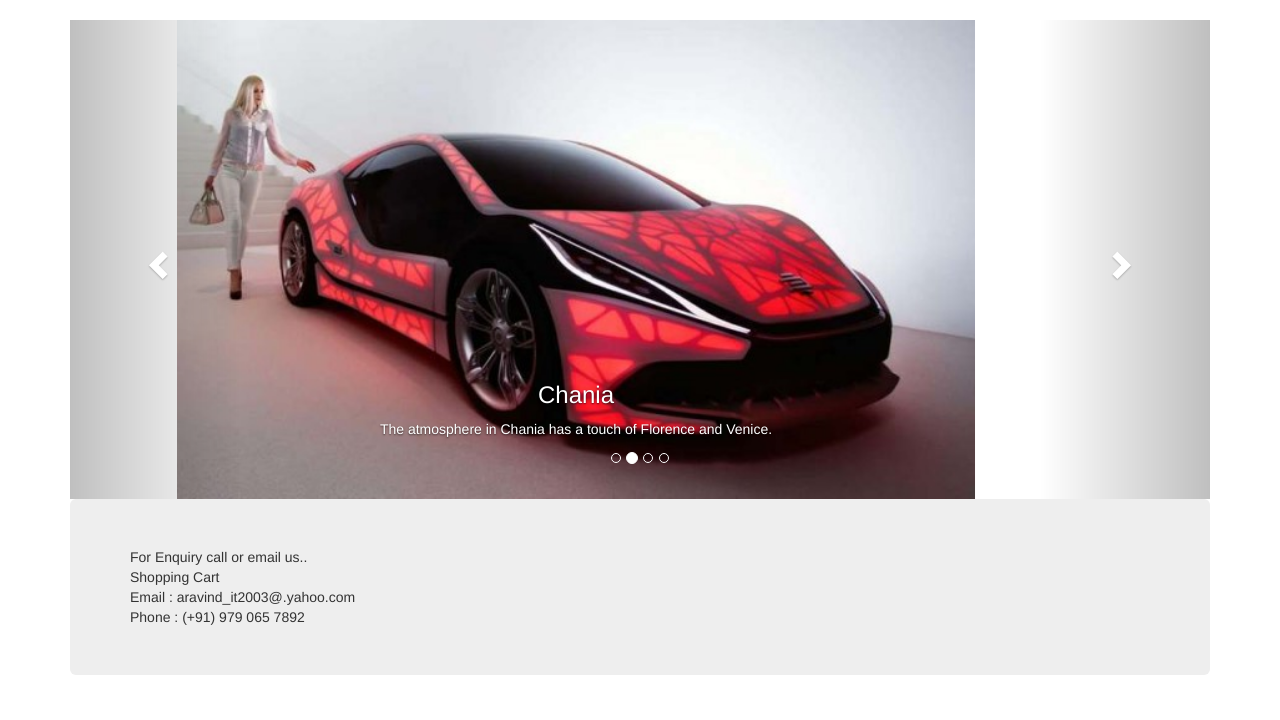
Repository: AravindMarshall/ShoppingCart
Page: http://localhost/Phineas/ContactUs.jsp
These files come from the project's save history. The page is drawn as it stood at one moment and after the next save; the edit follows.
The browser window is 1280 px wide. The pictures show the whole page.
The page is served by Tomcat 9. Other server files are loaded and not shown.

Above is the page before, as saved 2016-06-11 19:21:46.

### NIIT Shopping Cart/Phineas/WebContent/ContactUs.jsp
<%@ page language="java" contentType="text/html; charset=ISO-8859-1"
    pageEncoding="ISO-8859-1"%>

<!DOCTYPE html>
<html lang="en">
<head>
  <title>Contact Info</title>
  <meta charset="utf-8">
  <meta name="viewport" content="width=device-width, initial-scale=1">
  <link rel="stylesheet" href="http://maxcdn.bootstrapcdn.com/bootstrap/3.3.6/css/bootstrap.min.css">
  <script src="https://ajax.googleapis.com/ajax/libs/jquery/1.12.2/jquery.min.js"></script>
  <script src="http://maxcdn.bootstrapcdn.com/bootstrap/3.3.6/js/bootstrap.min.js"></script>
  <style>
  .carousel-inner > .item > img,
  .carousel-inner > .item > a > img {
      width: 70%;
      height: 70%;
      margin: auto;
  }
  </style>
</head>
<body>

<div class="container">
  <br>
  <div id="myCarousel" class="carousel slide" data-ride="carousel">
    <!-- Indicators -->
    <ol class="carousel-indicators">
      <li data-target="#myCarousel" data-slide-to="0" class="active"></li>
      <li data-target="#myCarousel" data-slide-to="1"></li>
      <li data-target="#myCarousel" data-slide-to="2"></li>
      <li data-target="#myCarousel" data-slide-to="3"></li>
    </ol>

    <!-- Wrapper for slides -->
    <div class="carousel-inner" role="listbox">

      <div class="item active">
        <img src="Car4.jpg" alt="Chania" width="460" height="345">
        <div class="carousel-caption">
          <h3>Chania</h3>
          <p>The atmosphere in Chania has a touch of Florence and Venice.</p>
        </div>
      </div>

      <div class="item">
        <img src="Car1.jpg" alt="Chania" width="460" height="345">
        <div class="carousel-caption">
          <h3>Chania</h3>
          <p>The atmosphere in Chania has a touch of Florence and Venice.</p>
        </div>
      </div>

      <div class="item">
        <img src="Car2.jpg" alt="Flower" width="460" height="345">
        <div class="carousel-caption">
          <h3>Flowers</h3>
          <p>Beatiful flowers in Kolymbari, Crete.</p>
        </div>
      </div>

      <div class="item">
        <img src="Car3.jpg" alt="Flower" width="460" height="345">
        <div class="carousel-caption">
          <h3>Flowers</h3>
          <p>Beatiful flowers in Kolymbari, Crete.</p>
        </div>
      </div>

    </div>

    <!-- Left and right controls -->
    <a class="left carousel-control" href="#myCarousel" role="button" data-slide="prev">
      <span class="glyphicon glyphicon-chevron-left" aria-hidden="true"></span>
      <span class="sr-only">Previous</span>
    </a>
    <a class="right carousel-control" href="#myCarousel" role="button" data-slide="next">
      <span class="glyphicon glyphicon-chevron-right" aria-hidden="true"></span>
      <span class="sr-only">Next</span>
    </a>
  </div>
<div class ="jumbotron">
For Enquiry call or email us..<br>
Shopping Cart<br>
Email : aravind_it2003@.yahoo.com<br>
Phone : (+91) 979 065 7892
</div>
</div>

</body>
</html>

After the next save:
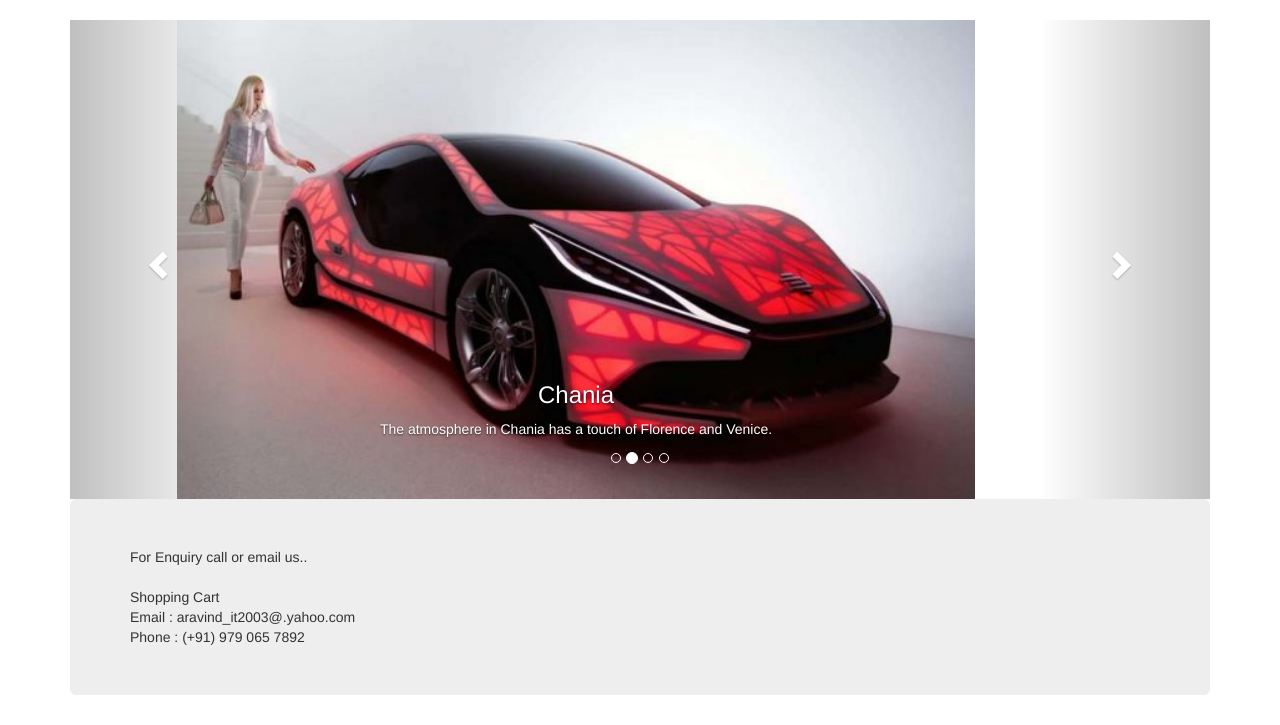
Saved 36 s later.
--- a/NIIT Shopping Cart/Phineas/WebContent/ContactUs.jsp
+++ b/NIIT Shopping Cart/Phineas/WebContent/ContactUs.jsp
@@ -80,7 +80,7 @@
     </a>
   </div>
 <div class ="jumbotron">
-For Enquiry call or email us..<br>
+For Enquiry call or email us..<br><br>
 Shopping Cart<br>
 Email : aravind_it2003@.yahoo.com<br>
 Phone : (+91) 979 065 7892
